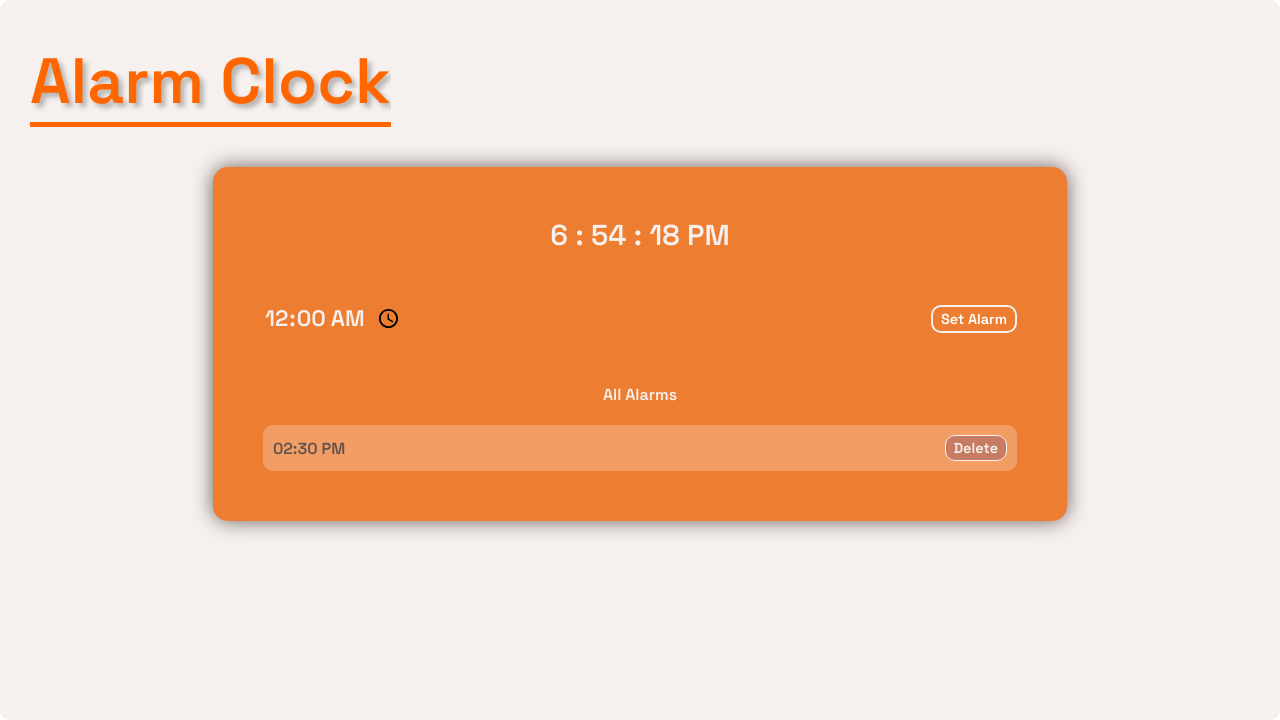
Repository: Pragya016/Alarm-Clock
Page: Index.html
An editor plug-in stored every save of this project. The page is shown before and after a run of saves, followed by the edit.
The browser window is 1280 px wide. The pictures show the whole page.

Above is the page before, as saved 2024-01-19 22:33:31.

### Index.html
<!DOCTYPE html>
<html lang="en">

<head>
    <meta charset="UTF-8">
    <meta name="viewport" content="width=device-width, initial-scale=1.0">
    <!-- css stylesheet -->
    <link rel="stylesheet" href="styles.css">

    <title>Alarm Clock</title>
</head>

<body>
    <div id="box">
        <h1>Alarm Clock</h1>
        <div class="container">

            <!-- showing the current time -->
            <div id="current-time">
                <h2 class="cur-time"></h2>
            </div>

            <!-- to set the alarm -->
            <div id="set-alarm">
                <h3>
                    <input type="time" class="set-time" value="00:00">
                </h3>
                <button type="button" id="set-alarm-btn">
                    Set Alarm
                </button>
            </div>

            <!-- list of alarms that are already been set -->
            <div id="all-alarms">
                <p class="heading"><b>All Alarms</b>
                </p>
                <div class="alarm">
                    <p class="preSetAlarmTime">
                        02:30 PM
                    </p>
                    <button type="button" class="dlt-alarm-btn">
                        Delete
                    </button>
                </div>
            </div>
        </div>
    </div>
    <!-- script -->
    <script src="clock.js"></script>
</body>

</html>

### styles.css
@import url('https://fonts.googleapis.com/css2?family=IBM+Plex+Mono:wght@700&family=Space+Grotesk:wght@600&display=swap');

/* default css styles */
:root {
    --creamColor : #F6F1EE;
    --orangeShadeDark : #ff6600;
    --OrangeColor : #ED7D31;
    --brownColor : #6C5F5B;
    --brownShadeDarker : #5f534f;
    --orangeShadeDarker : #ba4c28;
}

body, html{
    margin: 0;
    padding: 0;
}

*{
    box-sizing: border-box;
    margin: 0;
        font-family: 'IBM Plex Mono', monospace;
font-family: 'Space Grotesk', sans-serif;
}

/* main container */
#box{
    height: 100vh;
    padding: 30px;
    width: 100%;
    margin: auto;
    border-radius: 10px;
    background-color: var(--creamColor);
}

#box h1{
    color: var(--orangeShadeDark);
    text-align: center;
    margin-top: 10px;

    width: fit-content;
    font: 900;
    border-bottom: 5px solid var(--orangeShadeDark);
    font-size: 4rem;
    overflow: hidden;
    text-shadow: 4px 4px 5px rgb(179, 178, 178);
}

/* ----------------------------- */

#current-time{
    font-size: 1.2rem;
}

/* ----------------------------- */

.container {
    color: var(--creamColor);
    height: auto;
    width: 70%;
    overflow: scroll;
    margin: 40px auto 0;
    padding: 50px;
    font-family: Arial, Helvetica, sans-serif;
    display: flex;
    flex-direction: column;
    /* letter-spacing: 3px; */
    align-items: center;
    border-radius: 15px;
    background-color: var(--OrangeColor);
    box-shadow: 0px 0px 20px var(--brownColor);
}

/* ----------------------------- */
/* set alarm container */

#set-alarm {
    display: flex;
    justify-content: space-between;
    width: 100%;
    margin: 50px auto 30px auto;
}

.set-time {
    border: none;
    background-color: #00000000;
    color: var(--creamColor);
}

.set-time{
    border: none;
    font-size: larger;
    font-weight: 600;
}

/* ----------------------------- */
/* all alarms container */

#all-alarms {
    margin-top: 20px;
    display: flex;
    justify-content: space-between;
    width: 100%;
    height: auto;
    flex-direction: column;
    align-items: center;
}

#all-alarms .heading {
    color: var(--creamColor);
}

.alarm{
    display: flex;
    justify-content: space-between;
    width: 100%;
    padding: 10px;
    background-color: rgba(255, 255, 255, 0.247);
    margin-top: 20px;align-items: center;
    border-radius: 10px;
}

.alarm .preSetAlarmTime {
    font-size: 1rem;
    color: var(--brownShadeDarker);
}

.dlt-alarm-btn{
    border: 1px solid var(--creamColor);;
    background-color: hsl(15, 47%, 58%);
    color: var(--creamColor);
}

.dlt-alarm-btn:hover {
    border-color:var(--orangeShadeDarker);
    background-color: #F6F1EE;
    color: var(--orangeShadeDarker);
}

/* ----------------------------- */

button {
    width: auto;
    margin: auto 0;
    border-radius: 10px;
    font: 600;
    font-size: 0.9rem;
    border: none;
     padding: 3px 8px;
    border: 2px solid #F6F1EE;;
    background-color: #ED7D31;
    cursor: pointer;
    color: white;
}

button:hover{
   color: #ce5300;
    background-color: var(--creamColor);
}

### clock.js

// selecting all the elements of html
const currentTime = document.querySelector('.cur-time');
const setNewAlarm = document.querySelector('.set-time');
const setNewAlarmBtn = document.querySelector('#set-alarm-btn');
const preSetAlarmTime = document.querySelector('.preSetAlarmTime');
const deleteBtn = document.querySelector('.dlt-alarm-btn');
const allAlarmsContainer = document.querySelector('#all-alarms');



// --------------------------------------------
// display the current time

function updateTime() {
    let currentDate = new Date();
    let hours = currentDate.getHours();
    let minutes = currentDate.getMinutes();
    let seconds = currentDate.getSeconds();

    // selecting am or pm
    var ampm = (hours >= 12) ? "PM" : "AM";

    // getting hours minutes and seconds
    hours = (hours < 10) ? "0" + hours : hours - 12;
    minutes = (minutes < 10) ? "0" + minutes : minutes;
    seconds = (seconds < 10) ? "0" + seconds : seconds;

    // setting the tet content to current time
    let currentTimeString = `${hours} : ${minutes} : ${seconds} ${ampm}`;
    currentTime.textContent = currentTimeString;
}

setInterval(updateTime, 1000);
updateTime();


// --------------------------------------------
// setting new alarm

setNewAlarmBtn.addEventListener('click', () => {
    // getting the input value
    const timeInput = setNewAlarm.value;
    let [hourVal, minVal] = timeInput.split(':');

        // console.log(minVal, hourVal)
        if (hourVal === '00') {
            hourVal = 12;
        }

        // html for newly created alarm
    const newAlarm = `
            <div class="alarm">
                <p class="preSetAlarmTime">
                    ${hourVal}:${minVal} ${hourVal >= 12 ? 'PM' : 'AM'}
                </p>
                <button type="button" class="dlt-alarm-btn">
                    Delete
                </button>
            </div>
        `;

        // inserting the html to the container
        setTimeout(() => {
            allAlarmsContainer.insertAdjacentHTML('beforeend', newAlarm);
            setNewAlarm.value = '00:00';
            startCountDown(hourVal, minVal);
        }, 300);

});

// --------------------------------------------
function startCountDown(hours, minutes) {
    // calculating seconds
    const totalMin = (hours * 60) + minutes;
    let totalSeconds = totalMin * 60;

    setTimeout(() => {
        alert('alarm ended!!')
    }, totalSeconds)
}


// --------------------------------------------
// deleting the alarm
allAlarmsContainer.addEventListener('click', (e) => {
    // checking if delete alarm btn is present or not
    if (e.target.classList.contains('dlt-alarm-btn')) {

        // finding the closest element
        const alarmElement = e.target.closest('.alarm');

        // deleting the alarm
        if (alarmElement) {
            setTimeout(() => {
                alarmElement.remove();
            }, 300);
        }
    }
});

After the next 3 saves:
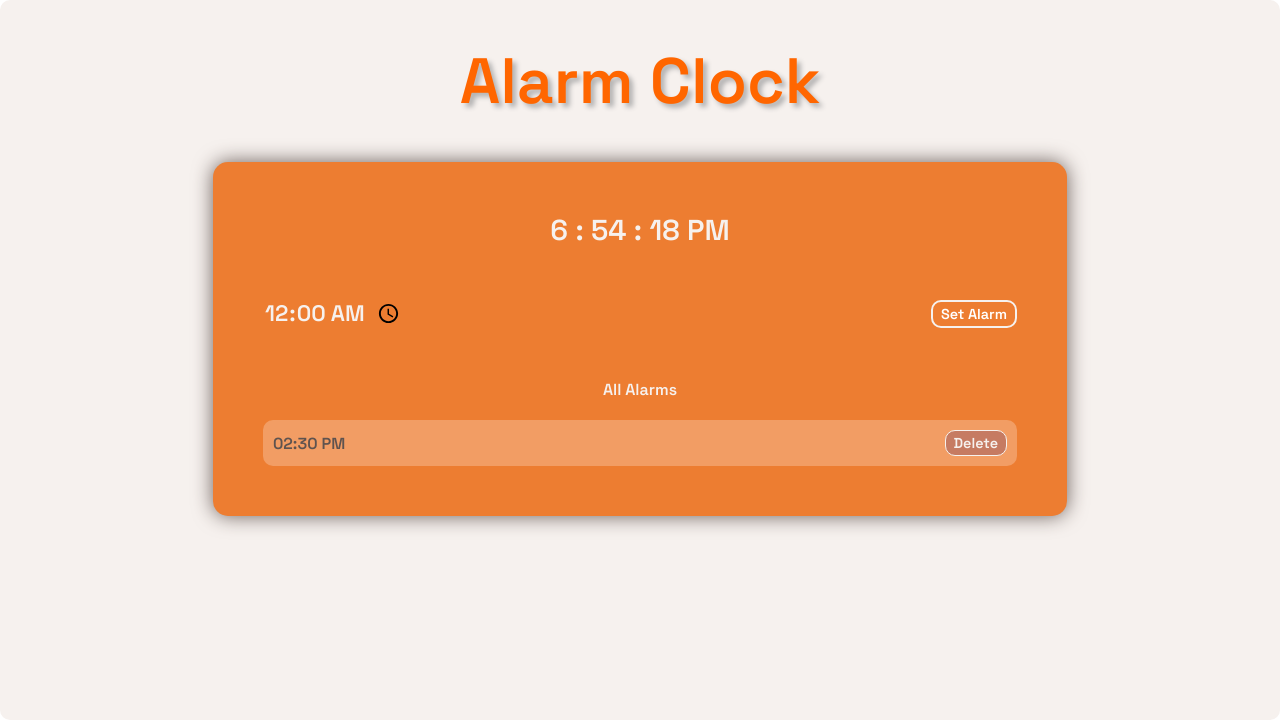
The 3 saves are shown as one change because they came seconds apart.
The last was saved 14 s later.
--- a/styles.css
+++ b/styles.css
@@ -36,10 +36,6 @@ font-family: 'Space Grotesk', sans-serif;
     color: var(--orangeShadeDark);
     text-align: center;
     margin-top: 10px;
-
-    width: fit-content;
-    font: 900;
-    border-bottom: 5px solid var(--orangeShadeDark);
     font-size: 4rem;
     overflow: hidden;
     text-shadow: 4px 4px 5px rgb(179, 178, 178);
